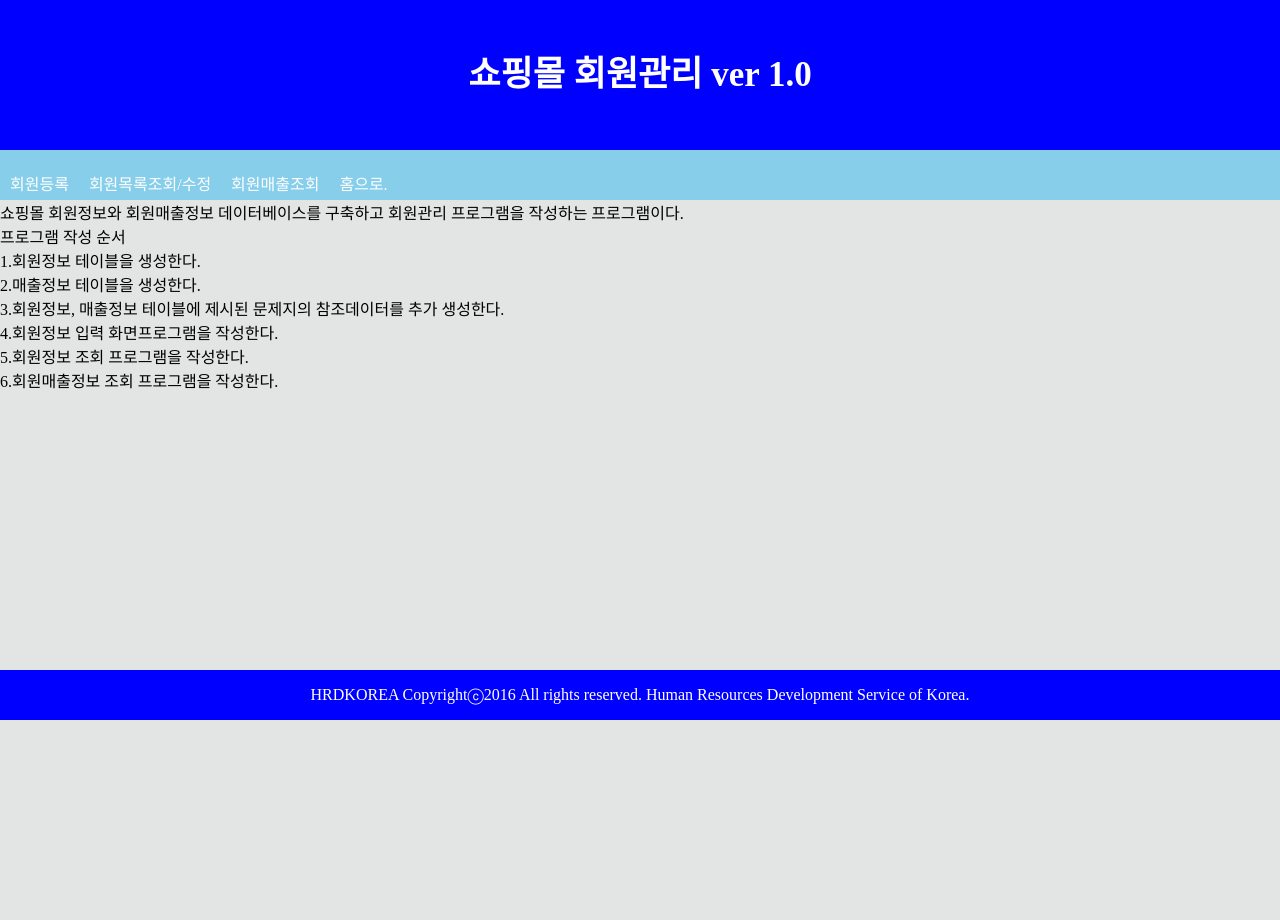
Repository: kayeunae/mvc-pattern
Page: http://localhost/HRD_1234/
An editor plug-in stored every save of this project. The page is shown before and after the next save, followed by the edit.
The browser window is 1280 px wide. The pictures show the whole page.
The page is served by Tomcat 9. Other server files are loaded and not shown.

Above is the page before, as saved 2022-12-19 05:48:35.

### HRD_1234/src/main/webapp/index.jsp
<%@ page language="java" contentType="text/html; charset=UTF-8"
    pageEncoding="UTF-8"%>
<!DOCTYPE html>
<html>
<head>
<meta charset="UTF-8">
<title>Insert title here</title>
<link rel="stylesheet" href="style.css">
</head>
<body>
	<%@ include file="topmenu.jsp" %>
	<section>
		쇼핑몰 회원정보와 회원매출정보 데이터베이스를 구축하고 회원관리 프로그램을 작성하는 프로그램이다.<br>
		프로그램 작성 순서<br>
		<ol>
			<li>1.회원정보 테이블을 생성한다.</li>
			<li>2.매출정보 테이블을 생성한다.</li>
			<li>3.회원정보, 매출정보 테이블에 제시된 문제지의 참조데이터를 추가 생성한다.</li>
			<li>4.회원정보 입력 화면프로그램을 작성한다.</li>
			<li>5.회원정보 조회 프로그램을 작성한다.</li>
			<li>6.회원매출정보 조회 프로그램을 작성한다.</li>
		</ol>
	</section>
	<%@ include file="footer.jsp" %>
</body>
</html>

### HRD_1234/src/main/webapp/topmenu.jsp
<%@ page language="java" contentType="text/html; charset=UTF-8"
    pageEncoding="UTF-8"%>
<!DOCTYPE html>
<html>
<head>
<meta charset="UTF-8">
<title>Insert title here</title>
</head>
<body>
	<header>쇼핑몰 회원관리 ver 1.0</header>
	<nav>
		<ul>
			<li><a href="add">회원등록</a></li>
			<li><a href="add">회원목록조회/수정</a></li>
			<li><a href="add">회원매출조회</a></li>
			<li><a href="add">홈으로.</a></li>
		</ul>
	</nav>
</body>
</html>

### HRD_1234/src/main/webapp/footer.jsp
<%@ page language="java" contentType="text/html; charset=UTF-8"
    pageEncoding="UTF-8"%>
<!DOCTYPE html>
<html>
<head>
<meta charset="UTF-8">
<title>Insert title here</title>
</head>
<body>
	<footer>
		HRDKOREA Copyrightⓒ2016 All rights reserved. Human Resources Development Service of Korea.
	</footer>
</body>
</html>

### HRD_1234/src/main/webapp/style.css
@charset "UTF-8";

/*초기화 코드*/
* {
	margin: 0;
	padding: 0;
}

header{
	top: 0;
	height: 150px;
	line-height: 150px;
	width: 100%;
	background: blue;
	text-align: center;
	font-size: 35px;
	font-weight: 900;
	color: #fff;
}

nav ul{
	height: 50px;
	line-height: 50px;
	width: 100%;
	background: skyblue;
	overflow: hidden;
}

nav ul li {
	/* 수직 정렬 */
	float: left;
	list-style: none;
	/*양 옆에 10px 여백*/
	padding: 10px;
}

a{
	text-decoration: none;
	color: #fff;
}

/*
a:hover{
	cursor: pointer;
}
*/

section{
	position: absolute;
	overflow: auto;
	width: 100%;
	height:100%;
	background: #e3e5e5;
}

footer{
	position: fixed;
	bottom: 0;
	width: 100%;
	height: 50px;
	line-height: 50px;
	text-align: center;
	background: blue;
	color: white;			``
}

After the next save:
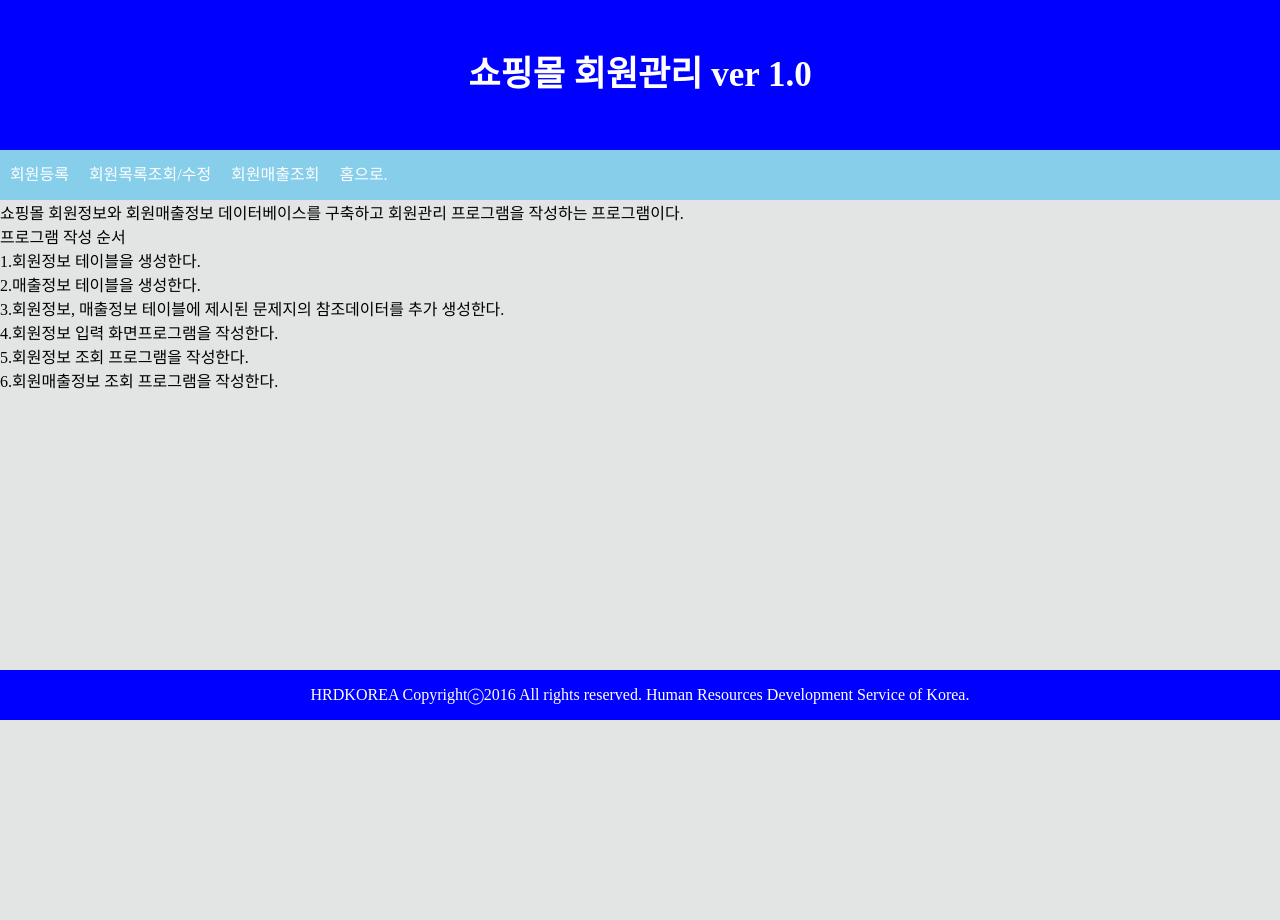
Saved 15 s later.
--- a/HRD_1234/src/main/webapp/style.css
+++ b/HRD_1234/src/main/webapp/style.css
@@ -31,7 +31,7 @@ nav ul li {
 	float: left;
 	list-style: none;
 	/*양 옆에 10px 여백*/
-	padding: 10px;
+	padding: 0 10px;
 }
 
 a{
